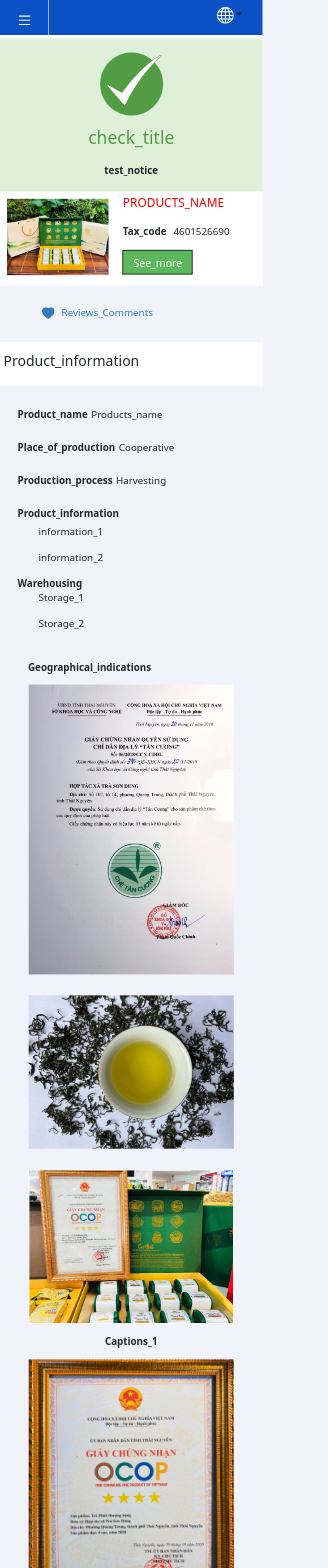
Repository: tuan842001/Tra-son-dung
Page: /
These files come from the project's save history. The page is drawn as it stood at one moment and after the next save; the edit follows.
The browser window is 375 px wide. The page is 469 px wide, then 444 px, so the pictures cover 469 px, including what lies to the right of the window. The pictures show the part of the page from y = 0 to 2240 px (the page is 3773 px tall before and 3763 px after), at 70% of full size.
The project was rebuilt for these pictures with package versions that can differ from the ones it lists, and the page was loaded fresh each time.

Above is the page before, as saved 2021-10-10 14:18:59.

After the next save:
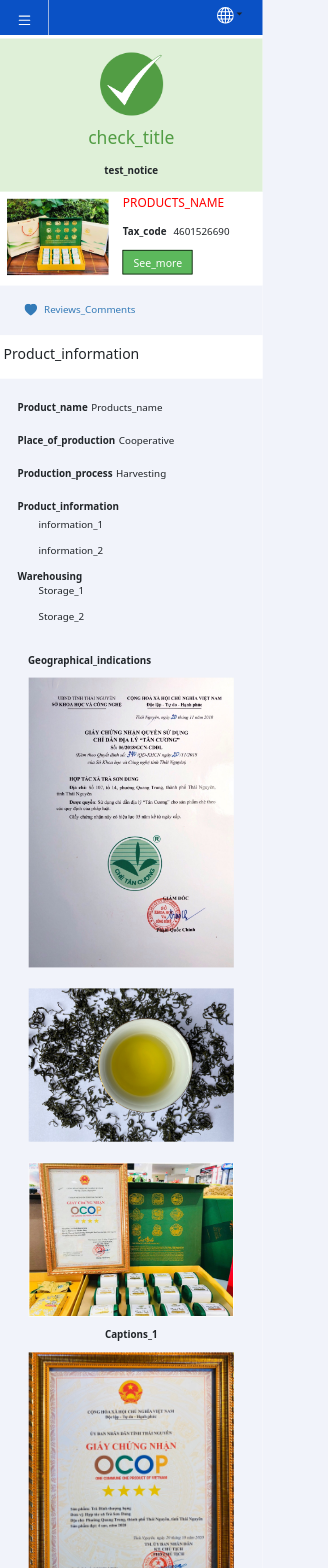
Saved 111 s later.
--- a/src/App.css
+++ b/src/App.css
@@ -389,9 +389,9 @@
       width: 100px;
       height: 35px;
   }
-  .rate {
+  /* .rate {
       padding: 5px 25px;
-  }
+  } */
   .portlet-body {
       padding: 5px;
   }
